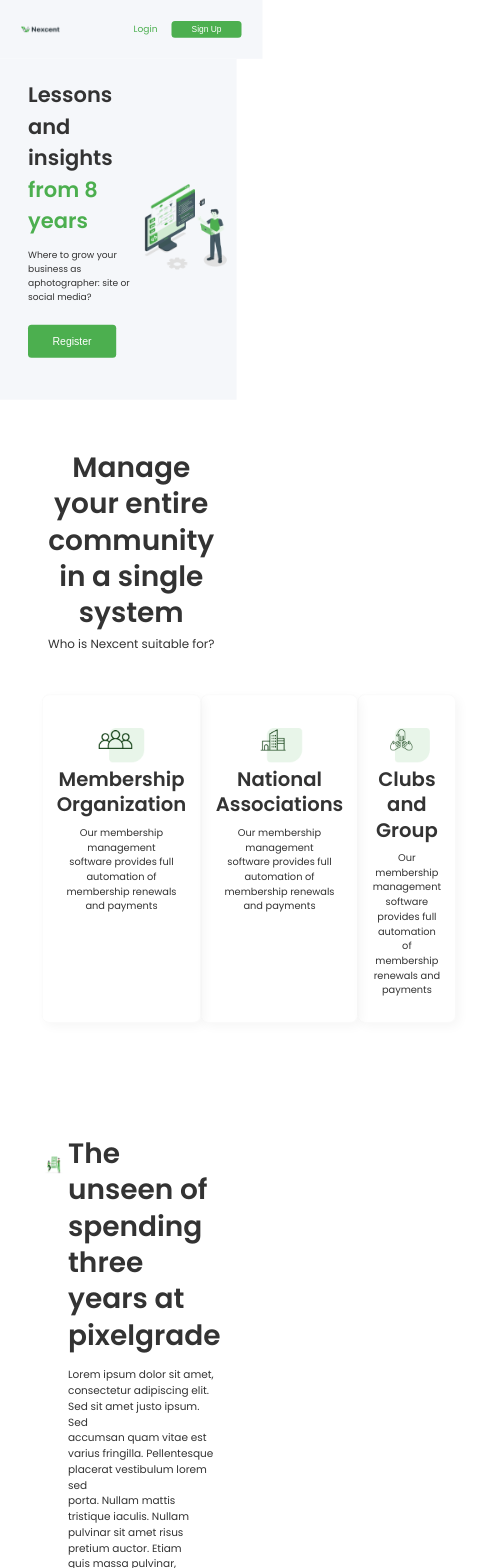
Repository: Eldream12/axia-second-project
Page: index.html
These files come from the project's save history. The page is drawn as it stood at one moment and after the next save; the edit follows.
The browser window is 375 px wide. The page is 691 px wide, so the pictures cover 691 px, including what lies to the right of the window. The pictures show the part of the page from y = 0 to 2240 px (the page is 6272 px tall before and 6285 px after), at 70% of full size.

Above is the page before, as saved 2025-03-18 13:17:13.

### index.html
<!DOCTYPE html>
<html lang="en">
	<head>
		<meta charset="UTF-8" />
		<meta name="viewport" content="width=device-width, initial-scale=1.0" />
		<title>Landing Page</title>
		<link rel="stylesheet" href="styles/style.css" />
	</head>
	<body>
		<!-- navBar -->
		<header>
			<div id="navbar">
				<div class="logo">
					<img src="images/Logo.png" alt="Logo" />
				</div>

				<div class="contact-home">
					<ul>
						<li><a href="">Home</a></li>
						<li><a href="">Service</a></li>
						<li><a href="">Feature</a></li>
						<li><a href="">Product</a></li>
						<li><a href="">Testimonial</a></li>
						<li><a href="">FAQ</a></li>
					</ul>
				</div>

				<div class="login">
					<a href="">Login</a>
					<button id="signup-btn">Sign Up</button>
				</div>
			</div>
		</header>

		<!-- hero-section -->
		<main>
			<div class="hero-section">
				<div class="all-text">
					<h1 class="text-1">Lessons and insights</h1>
					<h1 class="text-2">from 8 years</h1>
					<p>
						Where to grow your business as aphotographer: site or social media?
					</p>
					<button>Register</button>
				</div>

				<div>
					<img src="images/Illustration.png" alt="heroimage" width="350px" />
				</div>
			</div>

			<!-- community -->
			<div id="community">
				<div class="com-header-text">
					<h2>Manage your entire community</h2>
					<h2>in a single system</h2>
					<p>Who is Nexcent suitable for?</p>
				</div>

				<div class="components">
					<div class="box">
						<div>
							<img src="images/Icon (3).png" alt="Icon" />
						</div>
						<div class="box-text">
							<h2>Membership</h2>
							<h2>Organization</h2>
							<p>
								Our membership management <br />
								software provides full automation of <br />
								membership renewals and payments
							</p>
						</div>
					</div>

					<div class="box">
						<div>
							<img src="images/Icon (1).png" alt="Icon" />
						</div>
						<div class="box-text">
							<h2>National</h2>
							<h2>Associations</h2>
							<p>
								Our membership management <br />
								software provides full automation of <br />
								membership renewals and payments
							</p>
						</div>
					</div>

					<div class="box">
						<div>
							<img src="images/Icon (2).png" alt="Icon" />
						</div>
						<div class="box-text">
							<h2>Clubs and</h2>
							<h2>Group</h2>
							<p>
								Our membership management <br />
								software provides full automation of <br />
								membership renewals and payments
							</p>
						</div>
					</div>
				</div>

				<div class="sub-component">
					<div>
						<img src="images/rafiki.png" alt="subject" />
					</div>

					<div class="txt">
						<h2>
							The unseen of spending three <br />
							years at pixelgrade
						</h2>
						<p>
							Lorem ipsum dolor sit amet, consectetur adipiscing elit. Sed sit
							amet justo ipsum. Sed <br />
							accumsan quam vitae est varius fringilla. Pellentesque placerat
							vestibulum lorem sed <br />
							porta. Nullam mattis tristique iaculis. Nullam pulvinar sit amet
							risus pretium auctor. Etiam <br />
							quis massa pulvinar, aliquam quam vitae, tempus sem. Donec
							elementum pulvinar odio.
						</p>
						<button>Learn More</button>
					</div>
				</div>
			</div>

			<!-- about -->
			<div class="about">
				<div class="about-header">
					<h2 class="t--1">Helping a local</h2>
					<h2 class="t--2">business reinvent itself</h2>
					<p>We reached here with our hard work and dedicaton</p>
				</div>

				<!-- abt-info -->
				<div class="abt-info">
					<div class="cnt-info--1">
						<div class="m-info">
							<div>
								<img src="images/Icon 1.png" alt="icon" />
							</div>
							<div class="txt">
								<h3>2,245,342</h3>
								<p>Members</p>
							</div>
						</div>
						<div class="m-info">
							<div>
								<img src="images/Icon 2.png" alt="icon" />
							</div>
							<div class="txt">
								<h3>828,867</h3>
								<p>Event Bookings</p>
							</div>
						</div>
					</div>

					<div class="ctn-info--2">
						<div class="m-info">
							<div>
								<img src="images/Icon 3.png" alt="icon" />
							</div>
							<div class="txt">
								<h3>46,328</h3>
								<p>Clubs</p>
							</div>
						</div>
						<div class="m-info">
							<div>
								<img src="images/Icon 4.png" alt="icon" />
							</div>
							<div class="txt">
								<h3>1,926,436</h3>
								<p>Payment</p>
							</div>
						</div>
					</div>
				</div>
			</div>

			<!-- How to -->
			<div class="how-to">
				<div>
					<img src="images/pana.png" alt="pana" />
				</div>
				<div class="how-txt">
					<h2>
						How to design your site footer like <br />
						we did
					</h2>
					<p>
						Donec a eros justo. Fusce egestas tristique ultrices. Nam tempor,
						augue nec tincidunt <br />
						molestie, massa nunc varius arcu, at scelerisque elit erat a magna.
						Donec quis erat at <br />
						libero ultrices mollis. In hac habitasse platea dictumst. Vivamus
						vehicula leo dui, at porta <br />
						nisi facilisis finibus. In euismod augue vitae nisi ultricies, non
						aliquet urna tincidunt. Integer <br />
						in nisi eget nulla commodo faucibus efficitur quis massa. Praesent
						felis est, finibus et nisi <br />
						ac, hendrerit venenatis libero. Donec consectetur faucibus ipsum id
						gravida.
					</p>
					<button class="howto-btn">Learn More</button>
				</div>
			</div>

			<!-- Tim smith -->
			<div class="tim-smith">
				<div>
					<img src="images/image 9.png" alt="tesla" />
				</div>
				<div class="tim-txt">
					<p>
						Maecenas dignissim justo eget nulla rutrum molestie. Maecenas
						lobortis sem dui, vel rutrum risus <br />
						tincidunt ullamcorper. Proin eu enim metus. Vivamus sed libero
						ornare, tristique quam in, gravida <br />
						enim. Nullam ut molestie arcu, at hendrerit elit. Morbi laoreet elit
						at ligula molestie, nec molestie <br />
						mi blandit. Suspendisse cursus tellus sed augue ultrices, quis
						tristique nulla sodales. Suspendisse <br />
						eget lorem eu turpis vestibulum pretium. Suspendisse potenti.
						Quisque malesuada enim sapien, <br />
						vitae placerat ante feugiat eget. Quisque vulputate odio neque, eget
						efficitur libero condimentum <br />id. Curabitur id nibh id sem
						dignissim finibus ac sit amet magna.
					</p>
					<h4>Tim Smith</h4>
					<p>British Dragon Boat Racing Association</p>
					<div class="tim-link">
						<div class="tim-icon">
							<img src="/images/Frame 10.png" alt="frame 10" />
						</div>
						<div class="meet">
							<a href=""
								><h4>
									Meet all customers <img src="images/Right.png" alt="" /></h4
							></a>
						</div>
					</div>
				</div>
			</div>

			<!-- caring -->
			<div class="caring">
				<div>
					<h2>Caring is the new marketing</h2>
					<p>
						The Nexcent blog is the best place to read about the latest
						membership insights, trends <br />
						and more. See who's joining the community, read about how our
						community <br />
						are increasing their membership income and lot's more.
					</p>
				</div>

				<div class="c-images">
					<div>
						<div>
							<img src="images/image 18.png" alt="" />
						</div>
						<div class="c-text">
							<p>
								Creating Streamlined <br />
								Safeguarding Processes with <br />
								OneRen
							</p>
							<div class="readmore">
								<a href=""
									>Read More <img class="c-right" src="images/Right.png" alt=""
								/></a>
							</div>
						</div>
					</div>

					<div>
						<div>
							<img src="images/image 19.png" alt="" />
						</div>
						<div class="c-text">
							<p>
								What are your safeguarding <br />
								responsibilities and how can <br />
								you manage them?
							</p>
							<div class="readmore">
								<a href=""
									>Read More <img class="c-right" src="images/Right.png" alt=""
								/></a>
							</div>
						</div>
					</div>

					<div>
						<div>
							<img src="images/image 20.png" alt="" />
						</div>
						<div class="c-text">
							<p>
								Revamping the Membership <br />
								Model with Triathlon <br />
								Australia
							</p>
							<div class="readmore">
								<a href="#"
									>Read More<img class="c-right" src="images/Right.png" alt=""
								/></a>
							</div>
						</div>
					</div>
				</div>
			</div>

			<div class="pellen">
				<h2>Pellentesque suscipit <br />fringilla libero eu.</h2>
				<div class="pellen-btn">
					<button>Get a demo</button>
					<!-- <img src="images/Right.png" alt="" /> -->
				</div>
			</div>
		</main>

		<!-- footer -->
		<footer>
			<div class="footer-end">
				<div class="foot-logo">
					<img src="images/Logo footer.png" alt="" />
					<p class="ftxt">Copyright © 2020 Nexcent ltd.</p>
					<p class="ftxt">All rights reserved</p>
					<div class="socials">
						<div><img src="images/Social Icons 1.png" alt="" /></div>
						<div><img src="images/Social Icons 2.png" alt="" /></div>
						<div><img src="images/Social Icons 3.png" alt="" /></div>
						<div><img src="images/Social Icons 4.png" alt="" /></div>
					</div>
				</div>

				<div>
					<h3>Company</h3>
					<div class="comps"><a href="">About Us</a></div>
					<div class="comps"><a href="">Blog</a></div>
					<div class="comps"><a href="">Contact us</a></div>
					<div class="comps"><a href="">Pricing</a></div>
					<div class="comps"><a href="">Testimonials</a></div>
				</div>

				<div>
					<h3>Support</h3>
					<div class="comps"><a href="">Help center</a> <br /></div>
					<div class="comps"><a href="">Terms of service</a> <br /></div>
					<div class="comps"><a href="">Legal</a> <br /></div>
					<div class="comps"><a href="">Privacy policy</a> <br /></div>
					<div class="comps"><a href="">Status</a> <br /></div>
				</div>

				<div>
					<h3 class="stay">Stay up to date</h3>
					<div class="e-mail">
						<input
							type="email"
							name="email"
							placeholder="Your email address"
							value=""
						/>
						<div class="snd">
							<img src="images/send.png" alt="" />
						</div>
					</div>
				</div>
			</div>
		</footer>
	</body>
</html>

### styles/style.css
@import url("https://fonts.googleapis.com/css2?family=Poppins:ital,wght@0,100;0,200;0,300;0,400;0,500;0,600;0,700;0,800;0,900;1,100;1,200;1,300;1,400;1,500;1,600;1,700;1,800;1,900&display=swap");

* {
	margin: 0;
	padding: 0;
	box-sizing: border-box;
}

html body {
	font-family: poppins, sans-serif;
}

/* NavBar */
header #navbar {
	display: flex;
	justify-content: space-around;
	padding: 30px;
	align-items: center;
	background-color: #f5f7fa;
}

ul {
	display: flex;
	list-style: none;
	gap: 40px;
}

li a {
	text-decoration: none;
	color: #000000;
}

.logo {
	display: flex;
	gap: 10px;
}

.logo img {
	height: auto;
	padding: 0;
}

.login {
	display: flex;
	align-items: center;
}

#signup-btn {
	padding: 10px 20px;
	margin-left: 20px;
	font-size: 16px;
	background-color: #4caf4f;
	color: #ffffff;
	border: none;
	border-radius: 5px;
}

.login a {
	text-decoration: none;
	color: #000000;
	color: #4caf4f;
}

/* hero */
.hero-section {
	display: flex;
	justify-content: space-around;
	background-color: #f5f7fa;
	align-items: center;
	padding-bottom: 60px;
}

.hero-section .text-1,
p {
	color: #333333;
}

.hero-section p {
	margin-top: 15px;
}

.hero-section .text-2 {
	color: #4caf4f;
}

.hero-section h1 {
	font-size: 60px;
	font-weight: 600;
}

.hero-section button {
	background-color: #4caf4f;
	color: #ffffff;
	border: none;
	border-radius: 5px;
	padding: 15px 35px;
	margin-top: 30px;
	font-size: 15px;
}

.hero-section,
img {
	padding-top: 30px;
}

.hero-section .all-text {
	margin-left: 40px;
}

/* community */
#community .com-header-text h2 {
	text-align: center;
	color: #333333;
	line-height: 1.3em;
}

#community .com-header-text p {
	text-align: center;
	color: #333333;
	font-size: 17px;
	padding-top: 5px;
}

#community .components {
	display: flex;
	justify-content: space-around;
	text-align: center;
}

#community {
	padding: 70px 60px;
}

#community .com-header-text h2 {
	font-size: 40px;
	font-weight: 600;
}

.components .box-text h2 {
	color: #333333;
	font-weight: 600;
	line-height: 1.3em;
	font-size: 28px;
}

.components .box-text p {
	color: #333333;
	font-size: 14px;
	padding-top: 10px;
}

.components .box {
	border: 1px solid #ebebeb63;
	border-radius: 10px;
	padding: 10px 20px 35px 20px;
	box-shadow: 5px 5px 15px #1b1b1b0a;
}

.components {
	padding: 60px 0 100px 0;
}

/* sub-component */
#community .sub-component {
	display: flex;
	justify-content: center;
	margin-top: 60px;
}

#community .sub-component p {
	color: #333333;
	padding-bottom: 20px;
	font-size: 15px;
	line-height: 1.5em;
}

#community .sub-component h2 {
	color: #333333;
	font-weight: 600;
	font-size: 40px;
	padding-bottom: 20px;
	line-height: 1.3em;
}

#community .sub-component .txt button {
	background-color: #4caf4f;
	color: #ffffff;
	border: none;
	padding: 15px 40px;
	border-radius: 5px;
	font-size: 18px;
}

#community .sub-component .txt {
	align-content: center;
}

/* about */
.about {
	display: flex;
	justify-content: space-around;
	background-color: #f5f7fa;
	align-items: center;
	padding: 60px;
}

.about .about-header .t--1 {
	color: #333333;
}

.about .about-header .t--2 {
	color: #4caf4f;
	padding-top: -10px;
}

.about .about-header h2 {
	font-weight: 600;
	font-size: 40px;
}

.about .about-header p {
	font-size: 15px;
}

.abt-info {
	display: flex;
}

.m-info {
	display: flex;
	align-items: center;
	padding: 15px 0 15px 0;
}

.abt-info .m-info img {
	margin-top: -35px;
}

.abt-info .m-info .txt {
	color: #333333;
	padding-left: 10px;
}

.abt-info .m-info h3 {
	font-weight: 600;
	font-size: 30px;
}

.abt-info {
	gap: 80px;
}

/* how-to */
.how-to {
	display: flex;
	justify-content: center;
	padding: 20px 0 20px 0;
}

.how-to p {
	color: #333333;
	font-size: 15px;
	margin: 30px 0 30px 0;
	line-height: 1.5em;
}

.how-to h2 {
	font-weight: 600;
	font-size: 40px;
	line-height: 1.3em;
	color: #333333;
}

.how-to {
	align-items: center;
}

.how-to .howto-btn {
	background-color: #4caf4f;
	color: #ffffff;
	border: none;
	padding: 15px 40px;
	border-radius: 5px;
	font-size: 18px;
}

/* tim-smith */
.tim-smith {
	display: flex;
	align-items: center;
	justify-content: center;
	background-color: #f5f7fa;
	margin-top: 20px;
	gap: 50px;
}

.tim-smith h4 {
	padding: 10px 0 10px 0;
	color: #4caf4f;
}

.tim-smith p {
	font-size: 15px;
	line-height: 1.5em;
}

.tim-txt .tim-link {
	display: flex;
}

.tim-link .meet {
	display: flex;
}

.tim-link .meet h4 img {
	padding-top: 0;
	position: relative;
	top: 7px;
}

.tim-txt a {
	text-decoration: none;
	color: #4caf4f;
	padding: 30px;
	margin-top: -5px;
}

/* caring */
.caring {
	text-align: center;
	color: #333333;
	margin-top: 50px;
}

.caring h2 {
	font-weight: 600;
	font-size: 40px;
}

.caring p {
	font-size: 15px;
	line-height: 1.5em;
}

.caring .c-images {
	display: flex;
	justify-content: center;
	gap: 40px;
}

.caring .c-text {
	width: 300px;
	background-color: #f5f7fa;
	border-radius: 10px;
	margin: auto;
	position: relative;
	bottom: 100px;
	padding: 40px 0 40px 0;
	box-shadow: #abbed118 10px 10px 15px;
}

.caring .c-text p {
	font-weight: 600;
	font-size: 18px;
	color: #5f5e5e;
}

.caring .c-text a {
	text-decoration: none;
	color: #4caf4f;
	font-weight: 700;
}

.caring .c-text .c-right {
	padding-top: 0;
	position: relative;
	top: 8px;
}

/* pellen */
.pellen {
	text-align: center;
	background-color: #f5f7fa;
	align-items: center;
	padding: 20px 0 20px 0;
}

.pellen h2 {
	font-weight: 600;
	font-size: 55px;
	color: #263238;
	line-height: 1.3em;
}

.pellen button {
	background-color: #4caf4f;
	color: #ffffff;
	border: none;
	padding: 10px 30px;
	border-radius: 5px;
	font-size: 14px;
	margin-top: 20px;
}

/* .pellen button img {
  padding: 0;
} */

/* footer */
.footer-end {
	background-color: #263238;
	display: flex;
	justify-content: center;
	gap: 150px;
	padding: 60px 0 60px 0;
}

.footer-end .foot-logo img {
	padding-top: 0;
	padding-bottom: 35px;
}

.footer-end .foot-logo .socials {
	gap: 15px;
	margin-top: 50px;
}

.footer-end .socials {
	display: flex;
}

.footer-end h3,
.ftxt {
	color: #ffffff;
	padding-bottom: 10px;
}

.footer-end h3 {
	font-weight: 600;
	font-size: 25px;
	margin-bottom: 20px;
}

.footer-end a {
	text-decoration: none;
	color: #ffffff;
}

.footer-end .comps {
	padding-bottom: 10px;
}

.footer-end input {
	height: 40px;
	width: 250px;
	background-color: #ffffff1e;
	color: #ffffff;
	padding: 0 10px 0 10px;
	border: none;
	border-radius: 5px;
	font-size: 14px;
}

.footer-end .snd img {
	padding-top: 0;
	position: relative;
	right: 30px;
	top: 10px;
}

.footer-end .e-mail {
	display: flex;
}

/* Media Query */
@media screen and (max-width: 480px) {
	/* header */
	header #navbar .contact-home {
		display: none;
	}

	header #navbar {
		justify-content: center;
		gap: 100px;
	}

	.logo img {
		width: 100%;
	}

	#signup-btn {
		font-size: 12px;
		width: 100px;
		padding: 5px 5px;
	}

	.login a {
		font-size: 13px;
	}

	/* hero */
	.hero-section {
		justify-content: center;
	}

	.hero-section h1 {
		font-size: 30px;
	}

	.hero-section p {
		font-size: 13px;
	}

	.hero-section,
img {
	max-width: 90%;
}
}

After the next save:
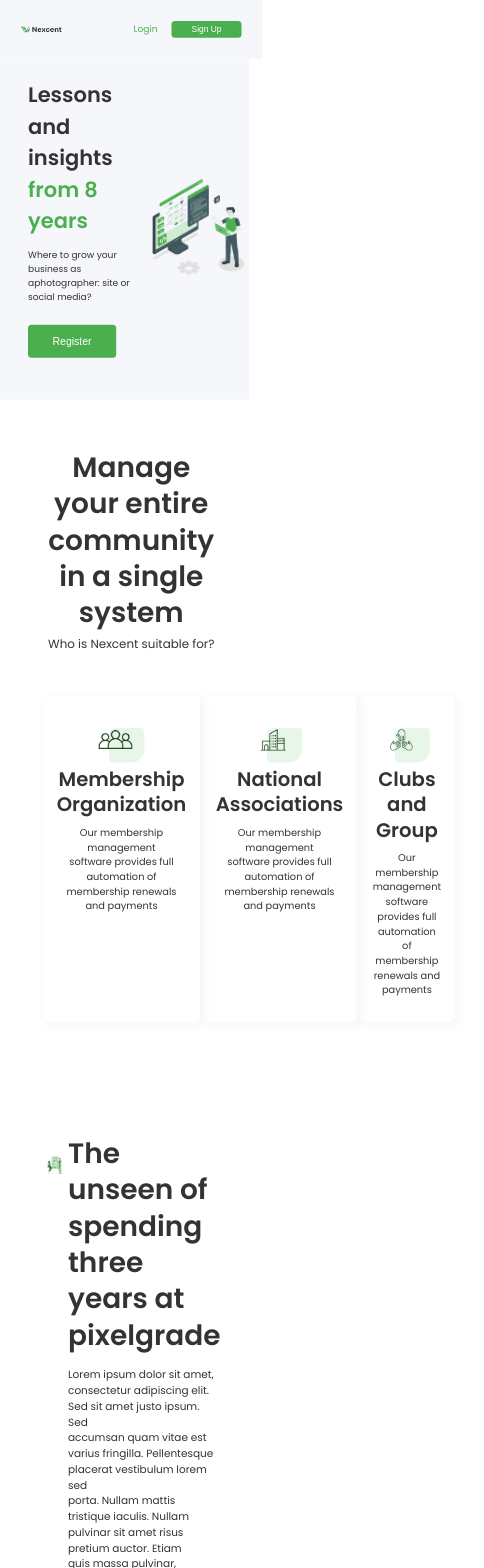
Saved 4 s later.
--- a/styles/style.css
+++ b/styles/style.css
@@ -513,6 +513,6 @@
 
 	.hero-section,
 img {
-	max-width: 90%;
-}
-}
+	max-width: 95%;
+}
+}
